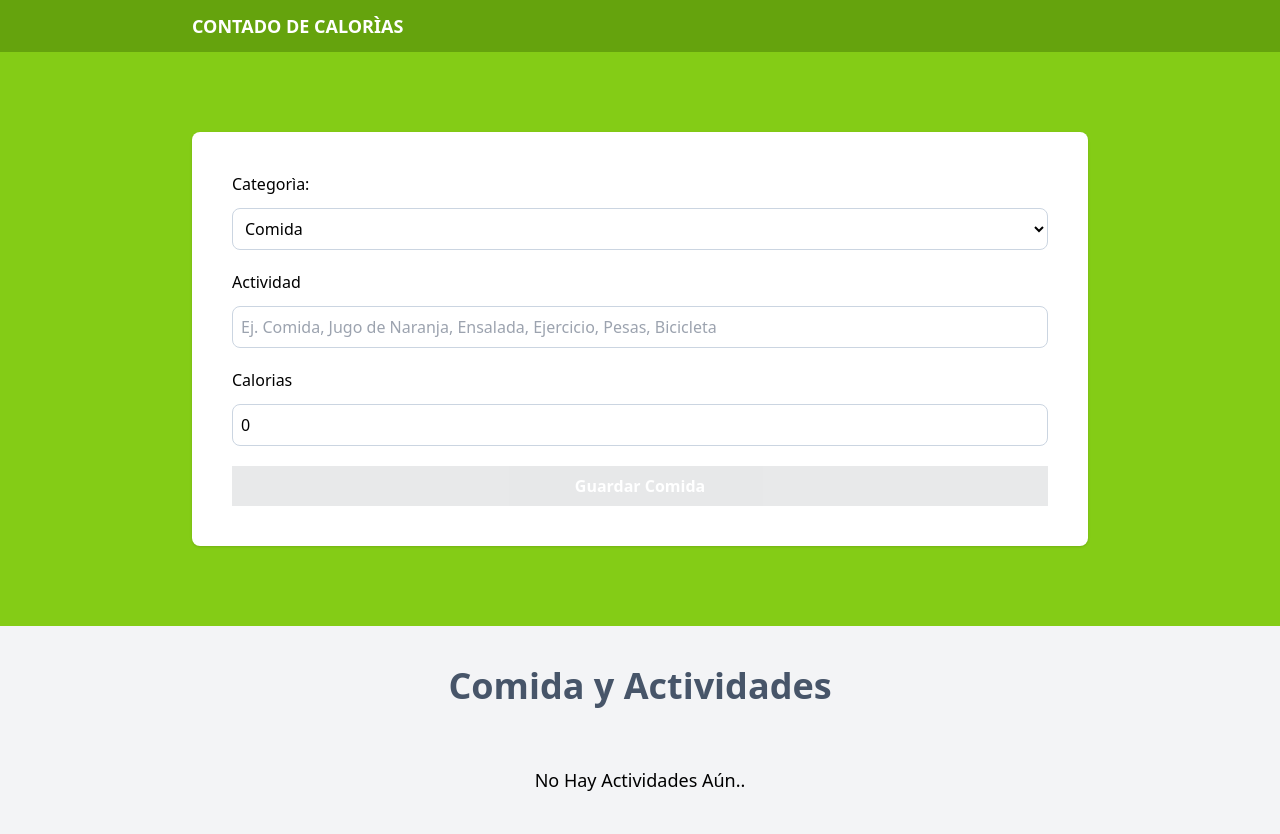
Repository: Matiiu/calorie-tracker
Page: /
The author's editor kept a copy of each file at every save. The page is drawn from the files as they stood at one save, then again after a run of saves.
The browser window is 1280 px wide. The pictures show the whole page.
The project was rebuilt for these pictures with package versions that can differ from the ones it lists, and the page was loaded fresh each time. Also part of the build but not shown: vite.config.ts.

Above is the page before, as saved 2024-04-01 17:57:26.

After the next 2 saves:
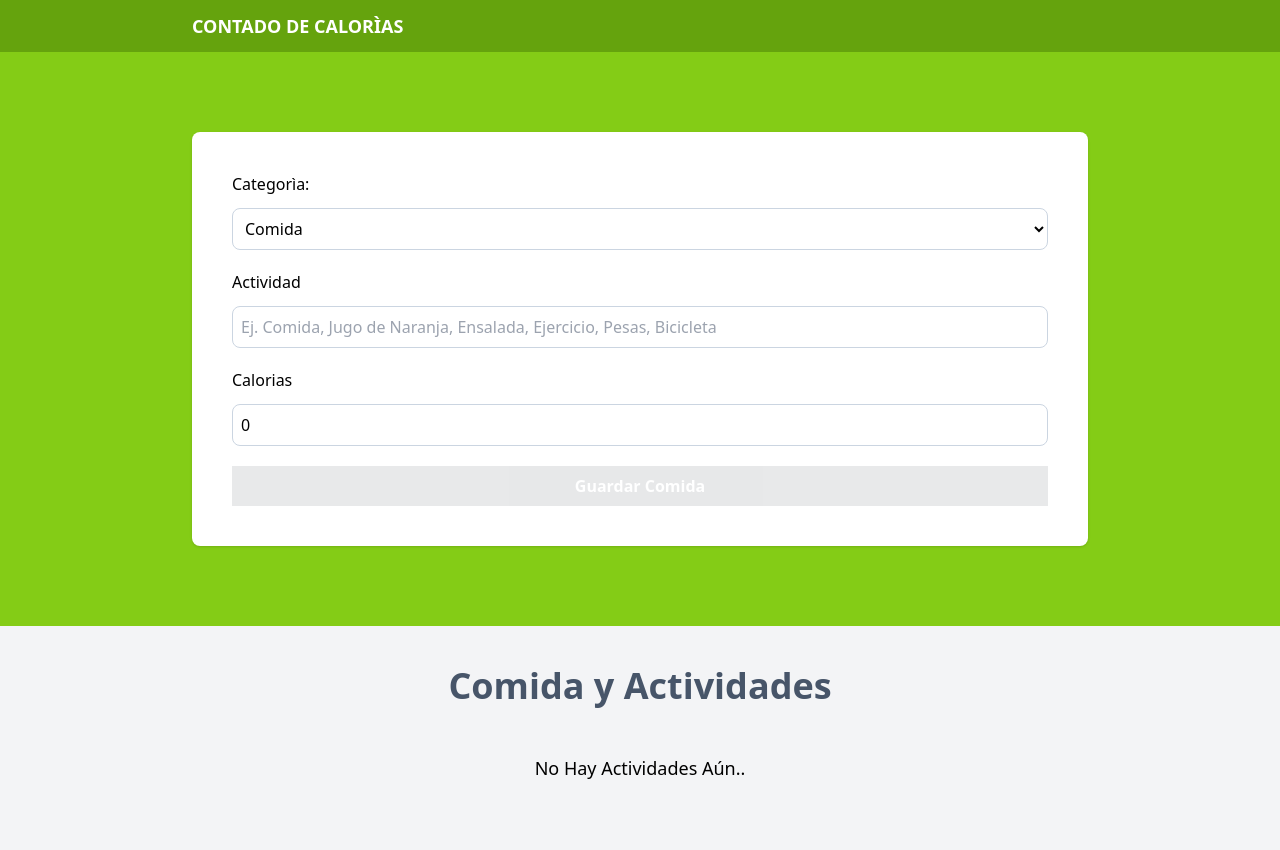
The 2 saves are shown as one change because they came seconds apart.
The last was saved 14 s later.
--- a/src/components/ActivityList.tsx
+++ b/src/components/ActivityList.tsx
@@ -48,7 +48,7 @@ export default function ActivityList({
       </h2>
 
       {activitiesAreEmpty ? (
-        <p className="text-center pt-10 mt-5 text-lg">No Hay Actividades Aún..</p>
+        <p className="text-center py-7 mt-5 text-lg">No Hay Actividades Aún..</p>
       ) : (
         activities.map((activity) => (
           <div
